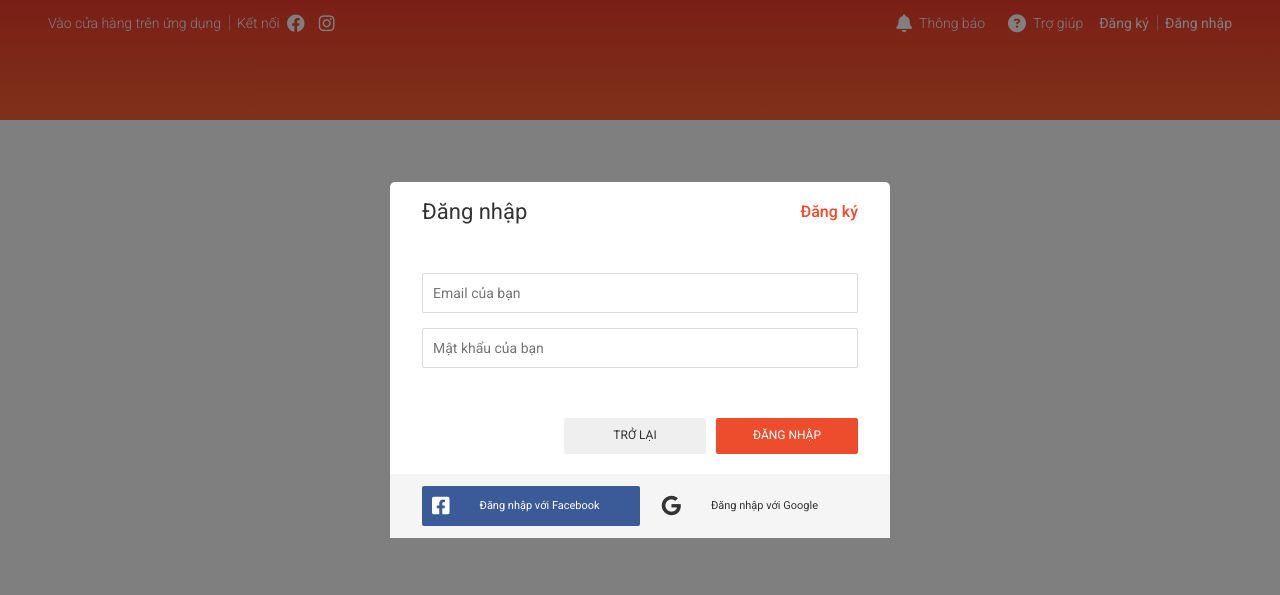
Repository: dptuyen1/F8-Tutorial
Page: index.html
The author's editor kept a copy of each file at every save. The page is drawn from the files as they stood at one save, then again after the next save.
The browser window is 1280 px wide. The pictures show the whole page.

Above is the page before, as saved 2023-05-08 18:31:39.

After the next save:
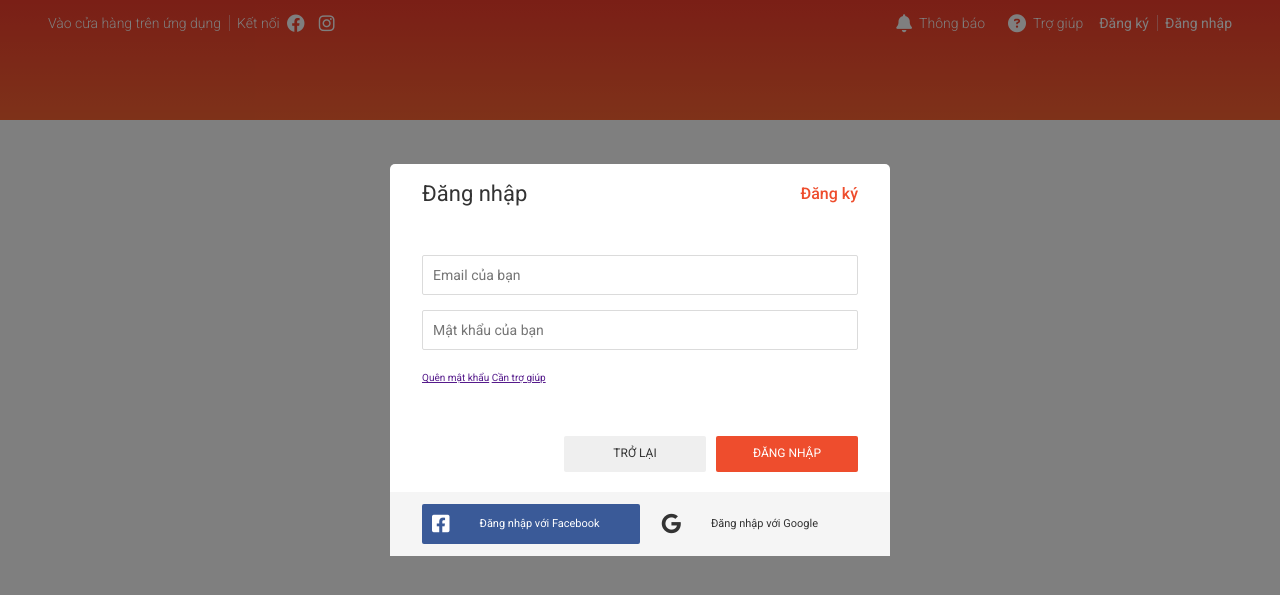
Saved 17 s later.
--- a/index.html
+++ b/index.html
@@ -264,8 +264,8 @@
 
             <div class="auth-form__aside">
               <div class="auth-form_help">
-                <a href="" class="auth-form__help-link"></a>
-                <a href="" class="auth-form__help-link"></a>
+                <a href="" class="auth-form__help-link">Quên mật khẩu</a>
+                <a href="" class="auth-form__help-link">Cần trợ giúp</a>
               </div>
             </div>
 
